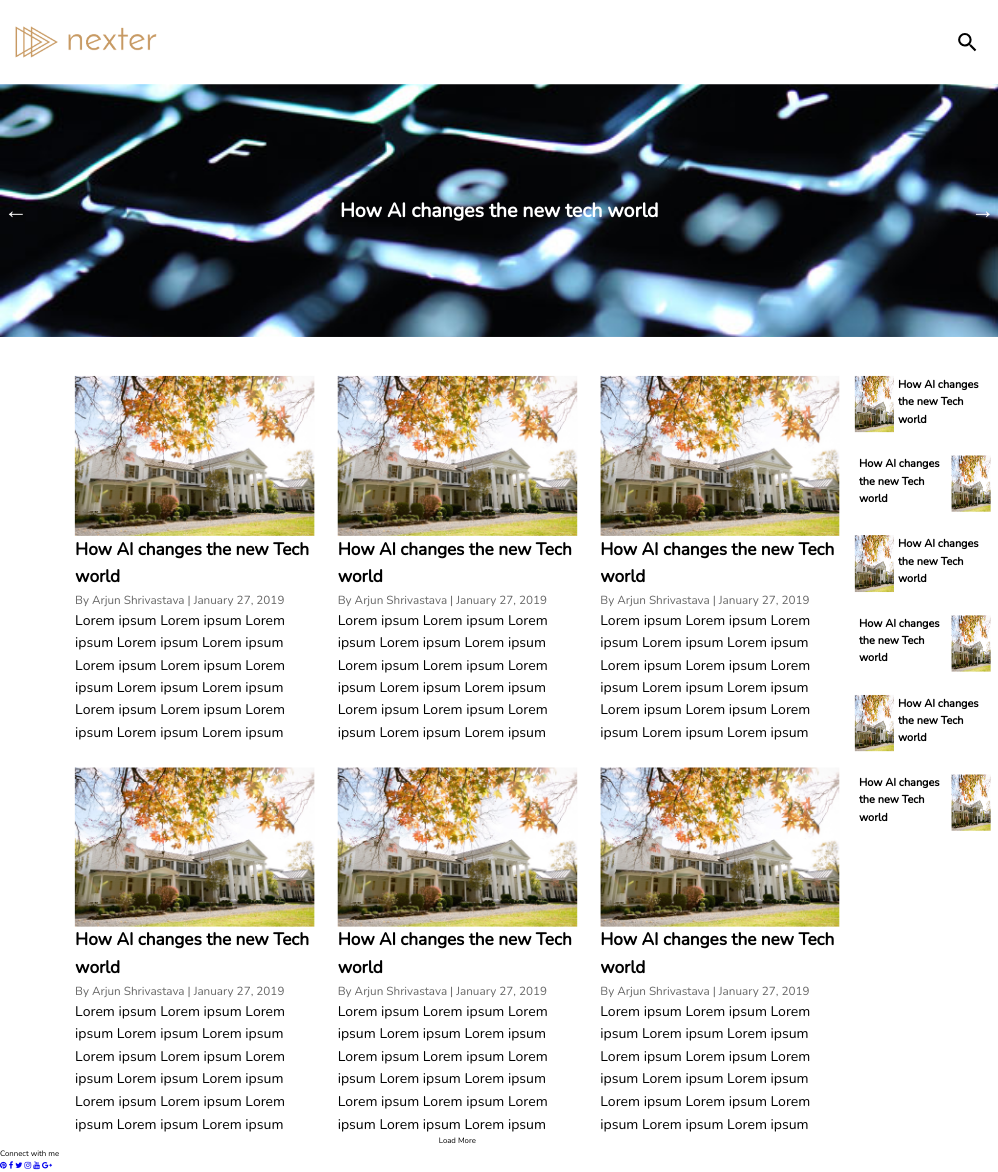
Repository: geekyarjun/myblog
Page: index.html
The author's editor kept a copy of each file at every save. The page is drawn from the files as they stood at one save, then again after the next save.
The browser window is 1280 px wide. The pictures show the whole page, at 78% of full size.
Some web libraries are served in a nearby version. The style sheet was rebuilt from its Sass, Less or Tailwind sources for each picture, by a compiler version that may differ from the author's.

Above is the page before, as saved 2019-03-03 18:41:16.

### index.html
<!DOCTYPE html>
<html>
<head>
    <meta charset="utf-8" />
    <meta http-equiv="X-UA-Compatible" content="IE=edge">
    <title>Tech Stack</title>
    <meta name="viewport" content="width=device-width, initial-scale=1">
    <link href="https://fonts.googleapis.com/css?family=Nunito:200,300,400" rel="stylesheet">
    <link rel="stylesheet" href="css/style.css">
    <link href='https://fonts.googleapis.com/css?family=Open+Sans|Oswald:300' rel='stylesheet' type='text/css'>
    <link rel="stylesheet" href="https://maxcdn.bootstrapcdn.com/font-awesome/4.4.0/css/font-awesome.min.css">

    <!-- <link href="https://fonts.googleapis.com/css?family=Nunito:300,400,600" rel="stylesheet"> -->
</head>
<body class="container">
    <header class="header">
        <img src="/img/logo.png" alt="techstack logo" class="header__logo">
        <img src="/img/search.svg" alt="Search icon" class="header__search-logo">
    </header>
    <section class="slider">
        <img src="img/best-tech-sites.jpg" alt="slide post-1" />
        <h2>How AI changes the new tech world</h2>
        <button class="slider--previous" onclick="moveSlides('-')">&larr;</button>
        <button class="slider--next" onclick="moveSlides('+')">&rarr;</button>
    </section>
    <main class="post_container">
        <article>
            <img src="img/gal-1.jpeg" alt="first post" />
            <h2>How AI changes the new Tech world</h2>
            <p class="author">By Arjun Shrivastava | January 27, 2019</p>
            <p class="text">Lorem ipsum Lorem ipsum Lorem ipsum Lorem ipsum Lorem ipsum Lorem ipsum Lorem ipsum Lorem ipsum Lorem ipsum Lorem ipsum Lorem ipsum Lorem ipsum Lorem ipsum Lorem ipsum Lorem ipsum</p>
        </article>
        <article>
            <img src="img/gal-1.jpeg" alt="first post" />
            <h2>How AI changes the new Tech world</h2>
            <p class="author">By Arjun Shrivastava | January 27, 2019</p>
            <p class="text">Lorem ipsum Lorem ipsum Lorem ipsum Lorem ipsum Lorem ipsum Lorem ipsum Lorem ipsum Lorem ipsum Lorem ipsum Lorem ipsum Lorem ipsum Lorem ipsum Lorem ipsum Lorem ipsum Lorem ipsum</p>
        </article>
        <article>
            <img src="img/gal-1.jpeg" alt="first post" />
            <h2>How AI changes the new Tech world</h2>
            <p class="author">By Arjun Shrivastava | January 27, 2019</p>
            <p class="text">Lorem ipsum Lorem ipsum Lorem ipsum Lorem ipsum Lorem ipsum Lorem ipsum Lorem ipsum Lorem ipsum Lorem ipsum Lorem ipsum Lorem ipsum Lorem ipsum Lorem ipsum Lorem ipsum Lorem ipsum</p>
        </article>
        <article>
            <img src="img/gal-1.jpeg" alt="first post" />
            <h2>How AI changes the new Tech world</h2>
            <p class="author">By Arjun Shrivastava | January 27, 2019</p>
            <p class="text">Lorem ipsum Lorem ipsum Lorem ipsum Lorem ipsum Lorem ipsum Lorem ipsum Lorem ipsum Lorem ipsum Lorem ipsum Lorem ipsum Lorem ipsum Lorem ipsum Lorem ipsum Lorem ipsum Lorem ipsum</p>
        </article>
        <article>
            <img src="img/gal-1.jpeg" alt="first post" />
            <h2>How AI changes the new Tech world</h2>
            <p class="author">By Arjun Shrivastava | January 27, 2019</p>
            <p class="text">Lorem ipsum Lorem ipsum Lorem ipsum Lorem ipsum Lorem ipsum Lorem ipsum Lorem ipsum Lorem ipsum Lorem ipsum Lorem ipsum Lorem ipsum Lorem ipsum Lorem ipsum Lorem ipsum Lorem ipsum</p>
        </article>
        <article>
            <img src="img/gal-1.jpeg" alt="first post" />
            <h2>How AI changes the new Tech world</h2>
            <p class="author">By Arjun Shrivastava | January 27, 2019</p>
            <p class="text">Lorem ipsum Lorem ipsum Lorem ipsum Lorem ipsum Lorem ipsum Lorem ipsum Lorem ipsum Lorem ipsum Lorem ipsum Lorem ipsum Lorem ipsum Lorem ipsum Lorem ipsum Lorem ipsum Lorem ipsum</p>
        </article>
    </main>
    <aside class="aside-latest-blog-post">
        <article>
            <img src="img/gal-1.jpeg" alt="first post" />
            <h3>How AI changes the new Tech world</h3>
        </article>
        <article class="aside-latest-blog-post__alternate-post">
            <h3>How AI changes the new Tech world</h3>
            <img src="img/gal-1.jpeg" alt="first post" />
        </article>
        <article>
            <img src="img/gal-1.jpeg" alt="first post" />
            <h3>How AI changes the new Tech world</h3>
        </article>
        <article class="aside-latest-blog-post__alternate-post">
            <h3>How AI changes the new Tech world</h3>
            <img src="img/gal-1.jpeg" alt="first post" />
        </article>
        <article>
            <img src="img/gal-1.jpeg" alt="first post" />
            <h3>How AI changes the new Tech world</h3>
        </article>
        <article class="aside-latest-blog-post__alternate-post">
            <h3>How AI changes the new Tech world</h3>
            <img src="img/gal-1.jpeg" alt="first post" />
        </article>
    </aside>
    <section class="load-more">Load More</section>
    <footer class="footer">
        <section class="footer__connect-text">Connect with me</section>
        <section class="footer__social-icon">
            <a href="https://www.pinterest.com/paviliongift/" class="generic-anchor" target="_blank" title="Pinterest" itemprop="significantLink"><i
                    class="fa fa-pinterest"></i></a>
            <a href="https://www.facebook.com/paviliongift" class="generic-anchor" target="_blank" title="Facebook" itemprop="significantLink"><i
                    class="fa fa-facebook"></i></a>
            <a href="https://twitter.com/PavilionGiftCo" class="generic-anchor" target="_blank" title="Twitter" itemprop="significantLink"><i
                    class="fa fa-twitter"></i></a>
            <a href="http://instagram.com/paviliongiftcompany" class="generic-anchor" target="_blank" title="Instagram" itemprop="significantLink"><i
                    class="fa fa-instagram"></i></a>
            <a href="https://www.youtube.com/channel/UCYgUODvd0qXbu_LkUWpTVEg" class="generic-anchor" target="_blank" title="Youtube"
                itemprop="significantLink"><i class="fa fa-youtube"></i></a>
            <a href="https://plus.google.com/+Paviliongift/posts" class="generic-anchor" target="_blank" title="Google Plus"
                itemprop="significantLink"><i class="fa fa-google-plus"></i></a>
        </section>
    </footer>
    <script src="main.js"></script>
</body>
</html>

### img/search.svg
<svg id="Layer_1" xmlns="http://www.w3.org/2000/svg" viewBox="0 0 24 24" width="24" height="24"><path fill="black" fill-opacity="1" d="M15.009 13.805h-.636l-.22-.219a5.184 5.184 0 0 0 1.256-3.386 5.207 5.207 0 1 0-5.207 5.208 5.183 5.183 0 0 0 3.385-1.255l.221.22v.635l4.004 3.999 1.194-1.195-3.997-4.007zm-4.808 0a3.605 3.605 0 1 1 0-7.21 3.605 3.605 0 0 1 0 7.21z"></path></svg>

### main.js
// let showSlideIndex = 1;

// const showSlides = () => {
//     const slides = document.getElementsByClassName('slider__slide');
//     console.log("showSlides", slides.length);
//     for(let i=0; i<slides.length; i++) {
//         slides[i].style.display = 'none';
//     }
//     console.log("showSlideIndex", showSlideIndex);
//     if(showSlideIndex > slides.length || showSlideIndex <= 0 ) { showSlideIndex=1; }

//     slides[showSlideIndex-1].style.display = 'block';
// }

// showSlides();

// const moveSlides = (direction) => {
//     if (direction === '+') {
//         showSlideIndex++;
//         showSlides();
//     } else {
//         showSlideIndex--;
//         showSlides();
//     }
// }

### sass/main.scss
@import "base.scss";
@import "header.scss";
@import "slider.scss";
@import "postcontainer.scss";
@import "aside.scss";
@import "footer.scss";
@import "loadMore.scss";

### sass/_base.scss
*,
*::before,
*::after {
    margin: 0;
    padding: 0;
}

html {
    box-sizing: border-box;
    font-size: 62.5% // 10px/16px = 62.5(1rem == 10px)
}

body {
    font-weight: 300;
    line-height: 1.6;
    // height: 100vh;
    font-family: 'Nunito', sans-serif;
}

.container {
    display: grid;
    grid-template-rows: 15vh 45vh repeat(3, min-content);
    grid-template-columns: [full-start] minmax(6rem, 1fr) [center-start] repeat(8, [col-start] minmax(min-content, 14rem) [col-end]) [center-end] minmax(6rem, 1fr) [full-end];
}

### sass/_header.scss
.header {
    // background-color: blueviolet;
    padding: 2rem;

    grid-column: full-start / full-end;

    display: grid;
    grid-template-columns: max-content max-content;
    justify-content: space-between;
    align-items: center;

    // & > * {
    //     padding: 0 2rem;
    // }

    &__logo {
        // width: 6rem;
        height: 4rem;
    }

    &__search-logo {
        width: 4rem;
        height: 4rem;
    }
}

### sass/_slider.scss
.slider {
    // background-color: lightcoral;

    grid-column: 1 / -1;
    position: relative;

    display: grid;
    grid-template-columns: repeat(8, minmax(min-content,1fr));
    grid-template-rows: repeat(3, 1fr);

    img {
        grid-column: 1 / -1;
        grid-row: 1 / -1;
        height: 100%;
        width: 100%;
        object-fit: cover;
    }

    h2 {
        color: white;
        text-align: center;
        font-size: 2.5rem;

        grid-row: 2 / span 1;
        grid-column: 2 / span 6;
        justify-self: center;
        align-self: center;
    }

    button {
        // font-size: 5rem;
        // position: absolute;
        color: white;
        background: none;
        border: none;
        line-height: 0;
        cursor: pointer;
        font-size: 3rem;
        padding: 5px;
        transition: all .5s;
        // font-weight: 100;
    }

    // &__slide {
    //     height: 100%;

    //     img {
    //         width: 100%;
    //         height: 100%;
    //         object-fit: cover;
    //         filter: blur(1px);
    //     }

    //     h2 {
    //         // position: absolute;
    //         top: 50%;
    //         left: 50%;
    //         transform: translate(-15rem, -1rem);
    //         color: white;
    //         font-size: 2.5rem;
    //     }
    // }

    // button {
    //     font-size: 5rem;
    //     // position: absolute;
    //     color: white;
    //     background: none;
    //     border: none;
    //     line-height: 0;
    //     cursor: pointer;
    //     // font-weight: 100;
    // }

    button:hover {
        background-color: red;
    }

    &--previous {
        top: 50%;
        left: 0;
        // padding: 2rem 1rem;

        grid-column: 1 / span 1;
        grid-row: 2 / span 1;
        justify-self: start;

    }

    &--next {
        top: 50%;
        right: 0;
        // padding: 2rem 1rem;

        grid-column: 8 / span 1;
        grid-row: 2 / span 1;
        justify-self: end;
    }
}

.fade {
    animation: fade 1s ease-in;
}

@keyframes fade {
    0% {opacity: .4;}
    100% {opacity: 1;}
}

### sass/_postcontainer.scss
.post_container {
    // background-color: gainsboro;
    margin-top: 5rem;

    grid-column: center-start / col-end 7;
    grid-gap: 3rem;

    display: grid;
    grid-template-columns: repeat(auto-fit, minmax(30rem, 1fr));

    article {
        display: grid;
        grid-template-columns: repeat(2, 1fr);

        img {
            width: 100%;
            // height: 100%;
            object-fit: cover;

            grid-column: 1 / -1;
        }

        h2 {
            font-size: 2.2rem;

            grid-column: 1 / -1;
        }

        .author {
            font-size: 1.5rem;
            color: rgba(0,0,0,0.6);

            grid-column: 1 / -1;
        }

        .text {
            font-size: 1.8rem;
            grid-column: 1 / -1;
        }


    }
}

### sass/_aside.scss
.aside-latest-blog-post {
    margin-top: 5rem;
    margin-left: 2rem;
    margin-right: 1rem;

    display: grid;
    grid-row-gap: 3rem;
    grid-auto-rows: max-content;

    grid-column: col-start 8 / full-end;

    article {
        display: grid;
        grid-template-columns: 5rem auto;

        img {
            width: 100%;
            height: 100%;
        }

        h3 {
            font-size: 1.4rem;
            padding: 0rem 0rem .5rem .5rem;
        }

        @media screen and (max-width: 1200px) {
            img {
                grid-column: 1 / -1;
            }

            h3 {
                grid-column: 1 / -1;
            }
        }
    }

    &__alternate-post {
        display: grid !important;
        grid-template-columns: auto 5rem !important;

        @media screen and (max-width: 1200px) {
            h3 {
                grid-row: 2;
            }
        }
    }
}

### sass/_footer.scss
.footer {
    grid-column: full-start / full-end;
}

### sass/_loadMore.scss
.load-more {
    text-align: center;

    grid-column: center-start / col-end 7;
}

After the next save:
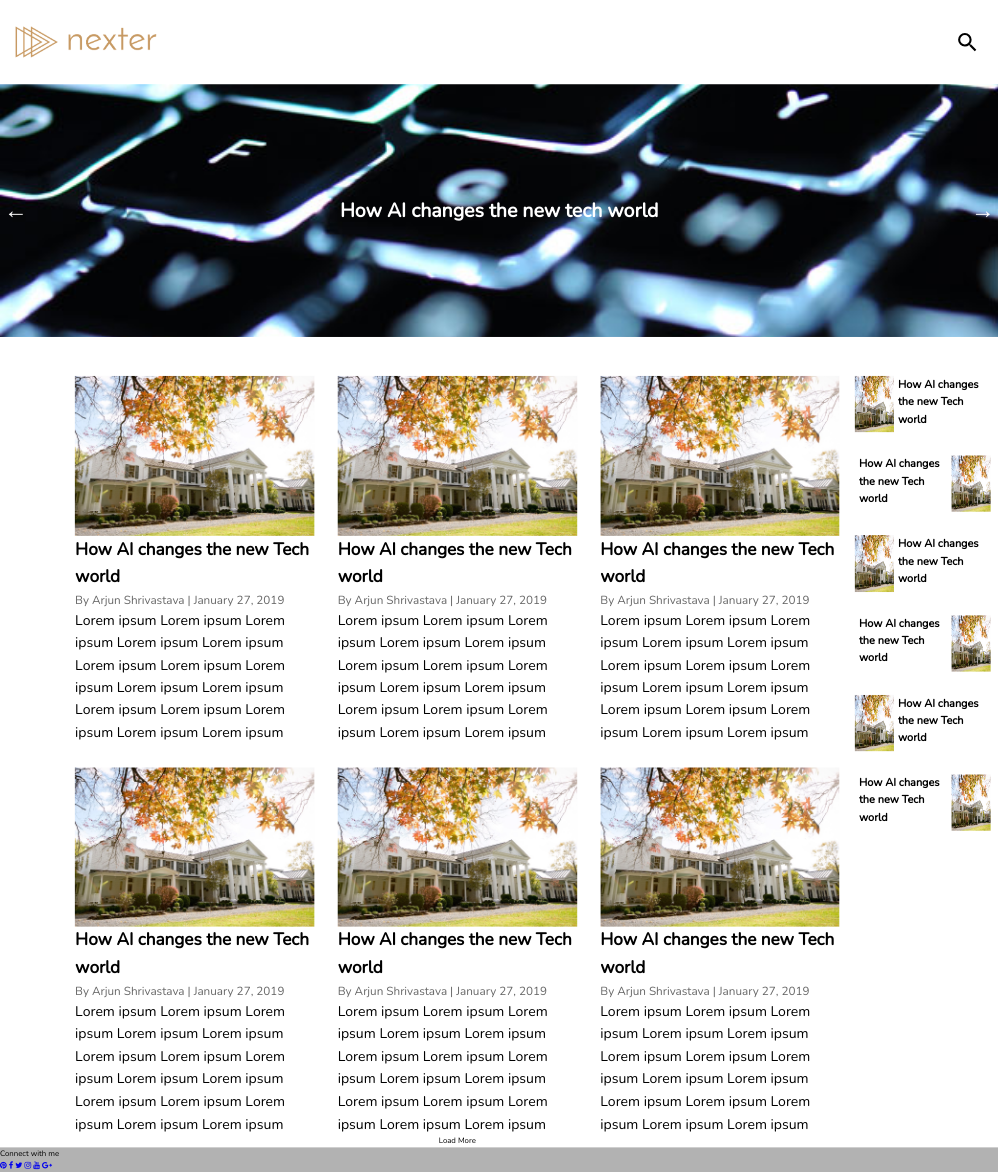
Saved 92 s later.
--- a/sass/_footer.scss
+++ b/sass/_footer.scss
@@ -1,3 +1,5 @@
 .footer {
+    background-color: rgba(0,0,0, .3);
+
     grid-column: full-start / full-end;
 }
